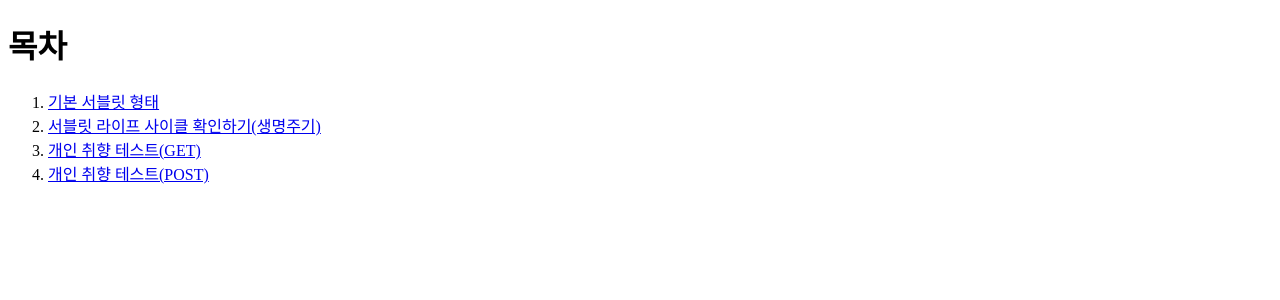
Repository: steeveelee2/WEB_Study
Page: webWorkspace/servlet2Project/web/index.html
The author's editor kept a copy of each file at every save. The page is drawn from the files as they stood at one save, then again after the next save.
The browser window is 1280 px wide. The pictures show the whole page.

Above is the page before, as saved 2018-10-11 04:03:19.

After the next save:
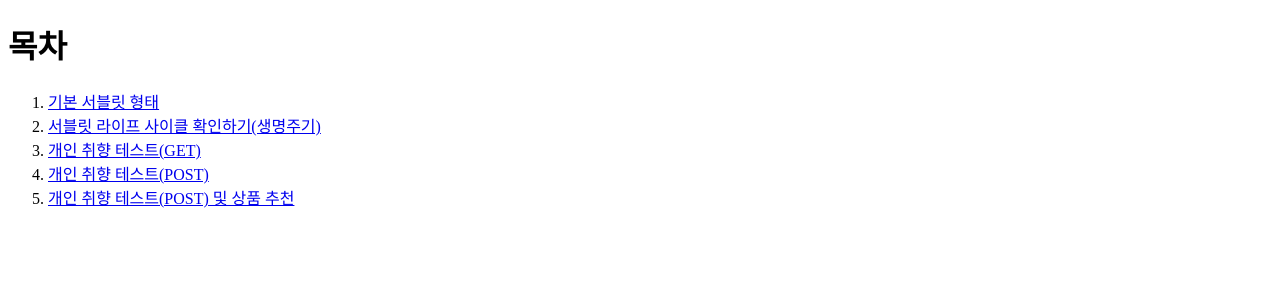
Saved 38 min 24 s later.
--- a/webWorkspace/servlet2Project/web/index.html
+++ b/webWorkspace/servlet2Project/web/index.html
@@ -22,6 +22,9 @@
 		<li>
 			<a href="views/testPerson2.html">개인 취향 테스트(POST)</a>
 		</li>
+		<li>
+			<a href="views/testPerson3.html">개인 취향 테스트(POST) 및 상품 추천</a>
+		</li>
 	</ol>
 </body>
 </html>
